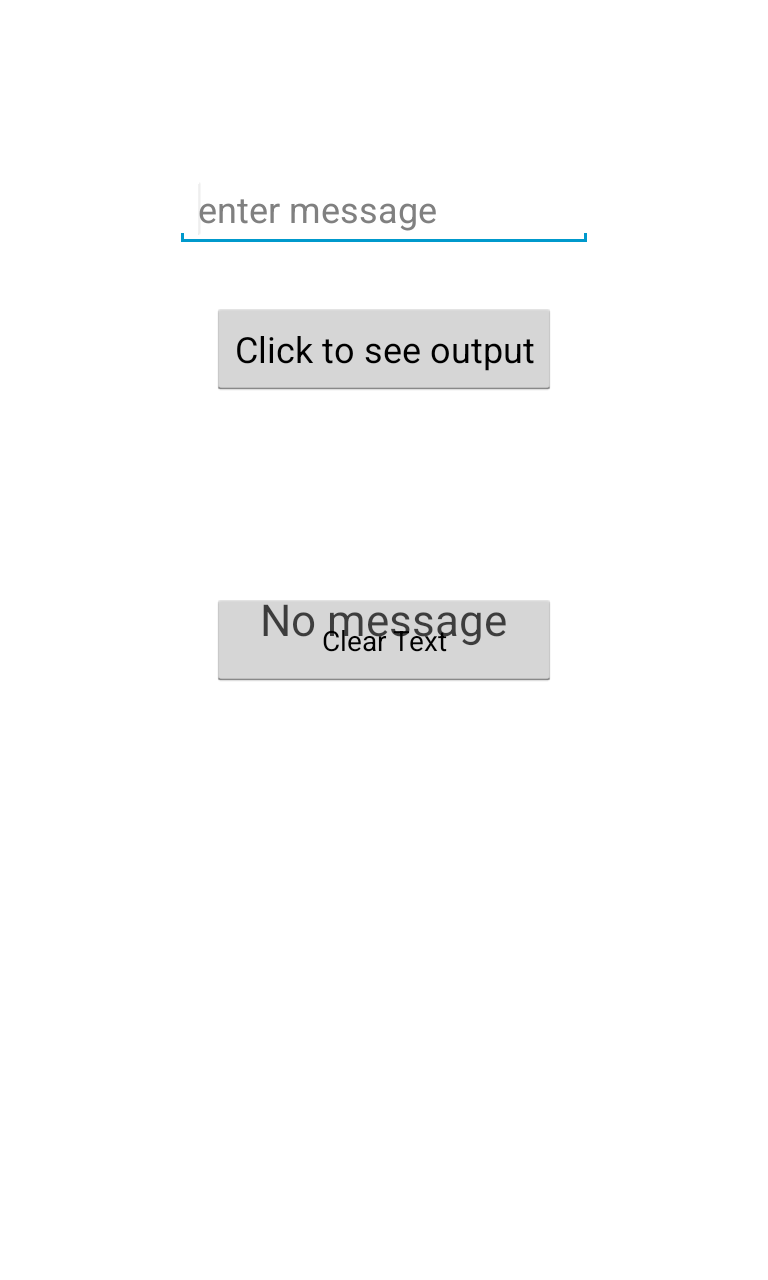
Repository: MadhuHS/BMAA1
Layout: MyApp/res/layout/activity_main.xml
An editor plug-in stored every save of this project. The layout is shown before and after the next save, followed by the edit.
It is drawn on a 768 x 1280 px phone screen (xhdpi) without system bars, with theme AppTheme; the app's code is not run.

Above is the layout before, as saved 2016-03-24 07:56:08.

### MyApp/res/layout/activity_main.xml
<RelativeLayout xmlns:android="http://schemas.android.com/apk/res/android"
    xmlns:tools="http://schemas.android.com/tools"
    android:layout_width="match_parent"
    android:layout_height="match_parent"
    android:paddingBottom="@dimen/activity_vertical_margin"
    android:paddingLeft="@dimen/activity_horizontal_margin"
    android:paddingRight="@dimen/activity_horizontal_margin"
    android:paddingTop="@dimen/activity_vertical_margin"
    tools:context=".MainActivity" >

    <EditText
        android:id="@+id/editTextinput"
        android:layout_width="wrap_content"
        android:layout_height="wrap_content"
        android:layout_alignParentTop="true"
        android:layout_centerHorizontal="true"
        android:layout_marginTop="69dp"
        android:ems="10"
        android:hint="enter message" >

        <requestFocus />
    </EditText>

    <Button
        android:id="@+id/buttonoutput"
        android:layout_width="wrap_content"
        android:layout_height="wrap_content"
        android:layout_below="@+id/editTextinput"
        android:layout_centerHorizontal="true"
        android:layout_marginTop="26dp"
        android:onClick="displaymsg"
        android:text="Click to see output" />

    <TextView
        android:id="@+id/textViewoutput"
        android:layout_width="wrap_content"
        android:layout_height="wrap_content"
        android:layout_below="@+id/buttonoutput"
        android:layout_centerHorizontal="true"
        android:layout_marginTop="96dp"
        android:text="No message"
        android:textAppearance="?android:attr/textAppearanceLarge" />

    <Button
        android:id="@+id/buttonclear"
        style="?android:attr/buttonStyleSmall"
        android:layout_width="wrap_content"
        android:layout_height="wrap_content"
        android:layout_alignLeft="@+id/buttonoutput"
        android:layout_alignRight="@+id/buttonoutput"
        android:layout_centerVertical="true"
        android:text="Clear Text" />

</RelativeLayout>

Loaded but not shown: MyApp/res/values/styles.xml (common file); MyApp/res/values-v11/styles.xml (common file); MyApp/res/values-v14/styles.xml (common file); MyApp/res/values/dimens.xml (common file)

After the next save:
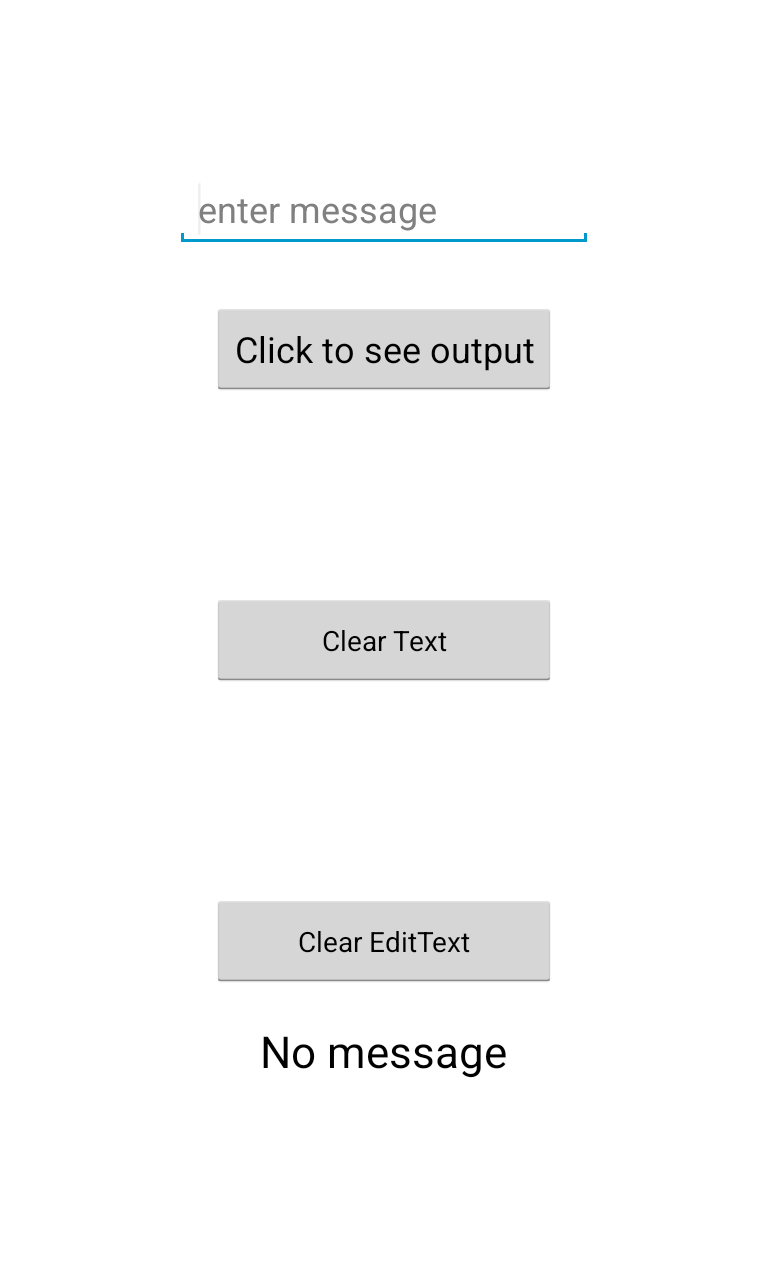
Saved 5 min 18 s later.
--- a/MyApp/res/layout/activity_main.xml
+++ b/MyApp/res/layout/activity_main.xml
@@ -31,16 +31,6 @@
         android:onClick="displaymsg"
         android:text="Click to see output" />
 
-    <TextView
-        android:id="@+id/textViewoutput"
-        android:layout_width="wrap_content"
-        android:layout_height="wrap_content"
-        android:layout_below="@+id/buttonoutput"
-        android:layout_centerHorizontal="true"
-        android:layout_marginTop="96dp"
-        android:text="No message"
-        android:textAppearance="?android:attr/textAppearanceLarge" />
-
     <Button
         android:id="@+id/buttonclear"
         style="?android:attr/buttonStyleSmall"
@@ -51,4 +41,25 @@
         android:layout_centerVertical="true"
         android:text="Clear Text" />
 
+    <TextView
+        android:id="@+id/textViewoutput"
+        android:layout_width="wrap_content"
+        android:layout_height="wrap_content"
+        android:layout_alignParentBottom="true"
+        android:layout_centerHorizontal="true"
+        android:layout_marginBottom="84dp"
+        android:text="No message"
+        android:textAppearance="?android:attr/textAppearanceLarge" />
+
+    <Button
+        android:id="@+id/buttonclearinput"
+        style="?android:attr/buttonStyleSmall"
+        android:layout_width="wrap_content"
+        android:layout_height="wrap_content"
+        android:layout_above="@+id/textViewoutput"
+        android:layout_alignLeft="@+id/buttonclear"
+        android:layout_alignRight="@+id/buttonclear"
+        android:layout_marginBottom="16dp"
+        android:text="Clear EditText" />
+
 </RelativeLayout>
